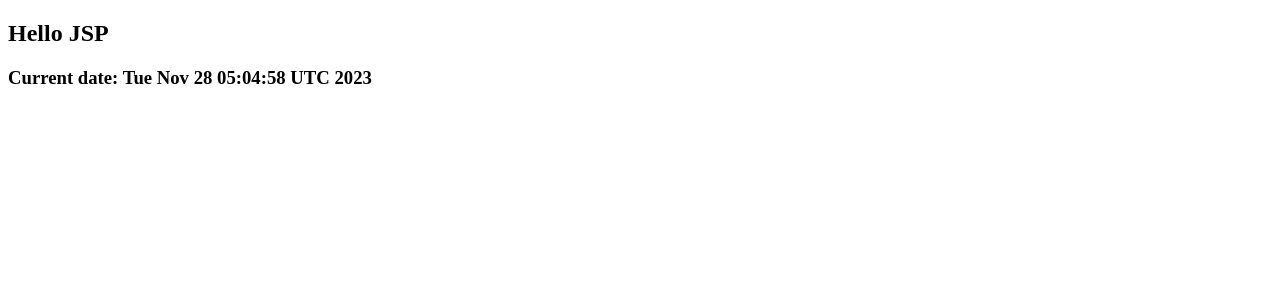
Repository: tomaters/servlets-JSP
Page: http://localhost/jsptest/sample/hellojsp.jsp
These files come from the project's save history. The page is drawn as it stood at one moment and after a run of saves; the edit follows.
The browser window is 1280 px wide. The pictures show the whole page.
The page is served by Tomcat 10. Other server files are loaded and not shown.

Above is the page before, as saved 2023-11-30 06:12:01.

### jsptest/src/main/webapp/sample/hellojsp.jsp
<%@page import="java.util.Date"%>
<%@ page language="java" contentType="text/html; charset=UTF-8"
    pageEncoding="UTF-8"%>
<%
	Date date = new Date();
%>
<!DOCTYPE html>
<html>
<head>
<meta charset="UTF-8">
<title>hello jsp</title>
</head>
<body>
	<h2>Hello JSP</h2>
	<h3>Current date: <%=
	date.toString()
	%></h3>
</body>
</html>

After the next 4 saves:
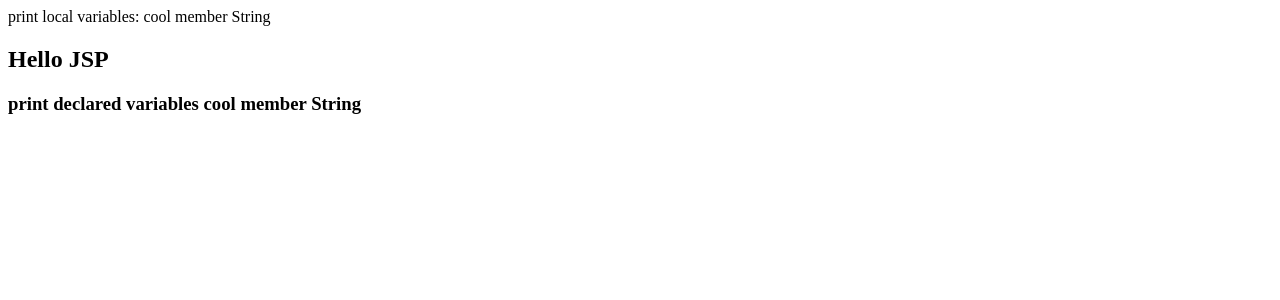
The 4 saves are shown as one change because 3 did not build or start.
The last was saved 28 min 3 s later.
--- a/jsptest/src/main/webapp/sample/hellojsp.jsp
+++ b/jsptest/src/main/webapp/sample/hellojsp.jsp
@@ -1,9 +1,18 @@
-<%@page import="java.util.Date"%>
 <%@ page language="java" contentType="text/html; charset=UTF-8"
     pageEncoding="UTF-8"%>
+<!--  declare member variables and methods -->
+<%!
+	public String declaration = "cool member String";
+	public String getDeclaration(){
+		return this.declaration;
+	}
+%>
+<!--  java code and declare local variables -->
 <%
-	Date date = new Date();
+	String scriptlet = "scriptlets are constructed in the service method";
+	out.println("print local variables: " + this.declaration);
 %>
+<!--  expression; print -->
 <!DOCTYPE html>
 <html>
 <head>
@@ -12,8 +21,11 @@
 </head>
 <body>
 	<h2>Hello JSP</h2>
-	<h3>Current date: <%=
-	date.toString()
-	%></h3>
+	<h3>
+		print declared variables
+		<%=
+			this.getDeclaration()
+		%>
+</h3>
 </body>
 </html>
